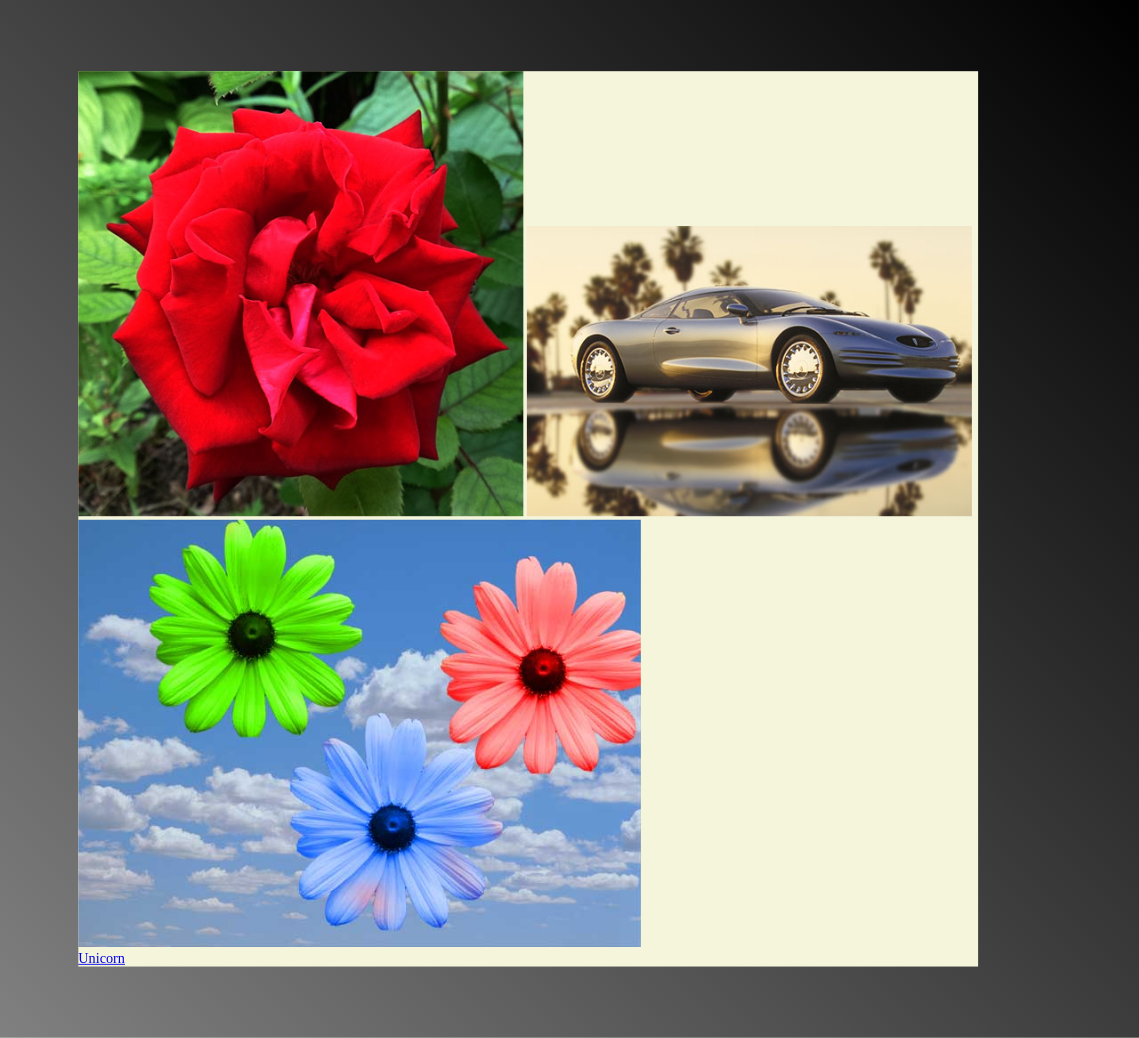
Repository: ViggoSkj/VGY
Page: ovningar/photoshopovning/photoshopovning.html
An editor plug-in stored every save of this project. The page is shown before and after the next save, followed by the edit.
The browser window is 1280 px wide. The pictures show the whole page, at 89% of full size.

Above is the page before, as saved 2022-11-27 12:03:14.

After the next save:
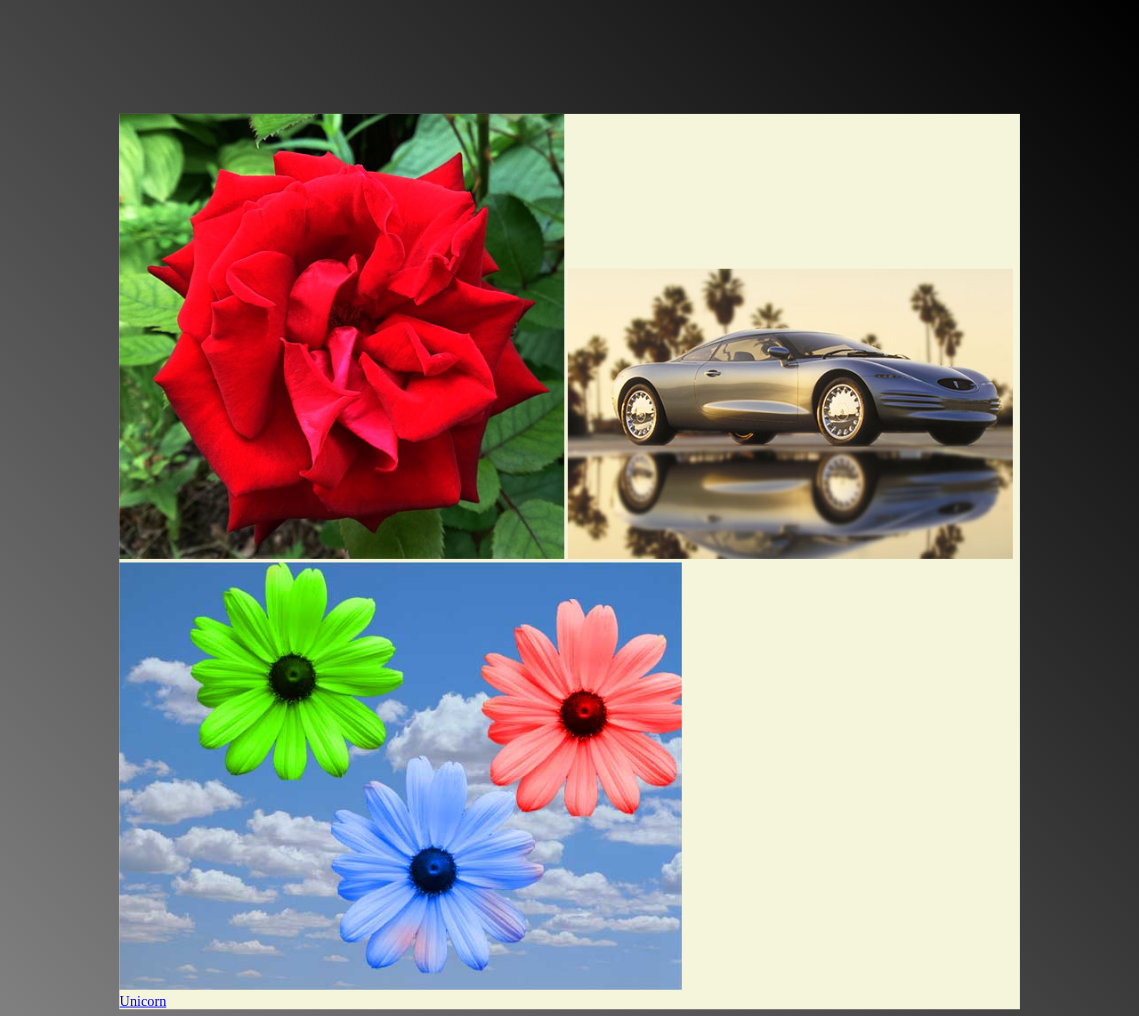
Saved 9 s later.
--- a/ovningar/photoshopovning/public/css/style.css
+++ b/ovningar/photoshopovning/public/css/style.css
@@ -6,7 +6,8 @@ body
 .container
 {
     background-color: beige;
-    margin: 5em;
+    margin: auto;
+    margin-top: 8em;
     width: 80%;
 }
 
